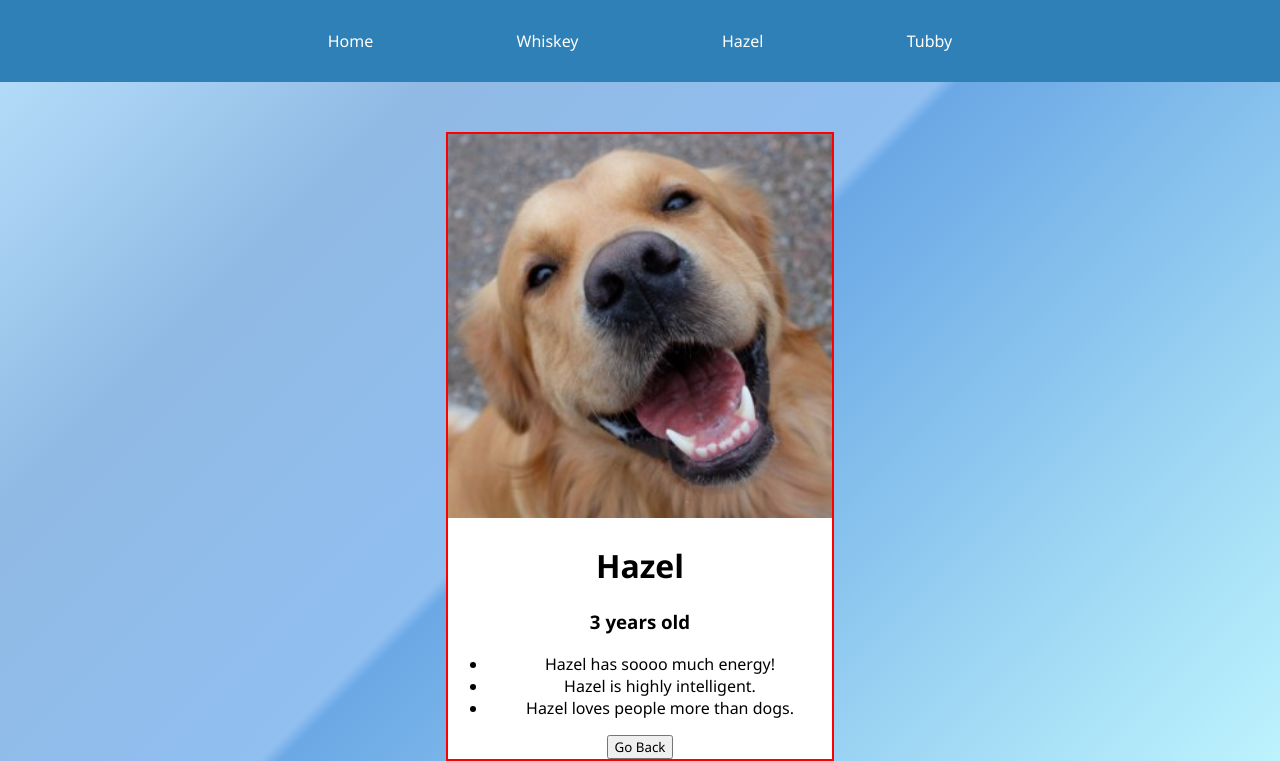
Repository: johnmutina/dog-finder
Page: /dogs/Hazel
These files come from the project's save history. The page is drawn as it stood at one moment and after the next save; the edit follows.
The browser window is 1280 px wide. The pictures show the whole page.
The project was rebuilt for these pictures with package versions that can differ from the ones it lists, and the page was loaded fresh each time. Also part of the build but not shown: src/DogFinder.css, src/DogFinder.js.

Above is the page before, as saved 2019-07-28 15:33:05.

After the next save:
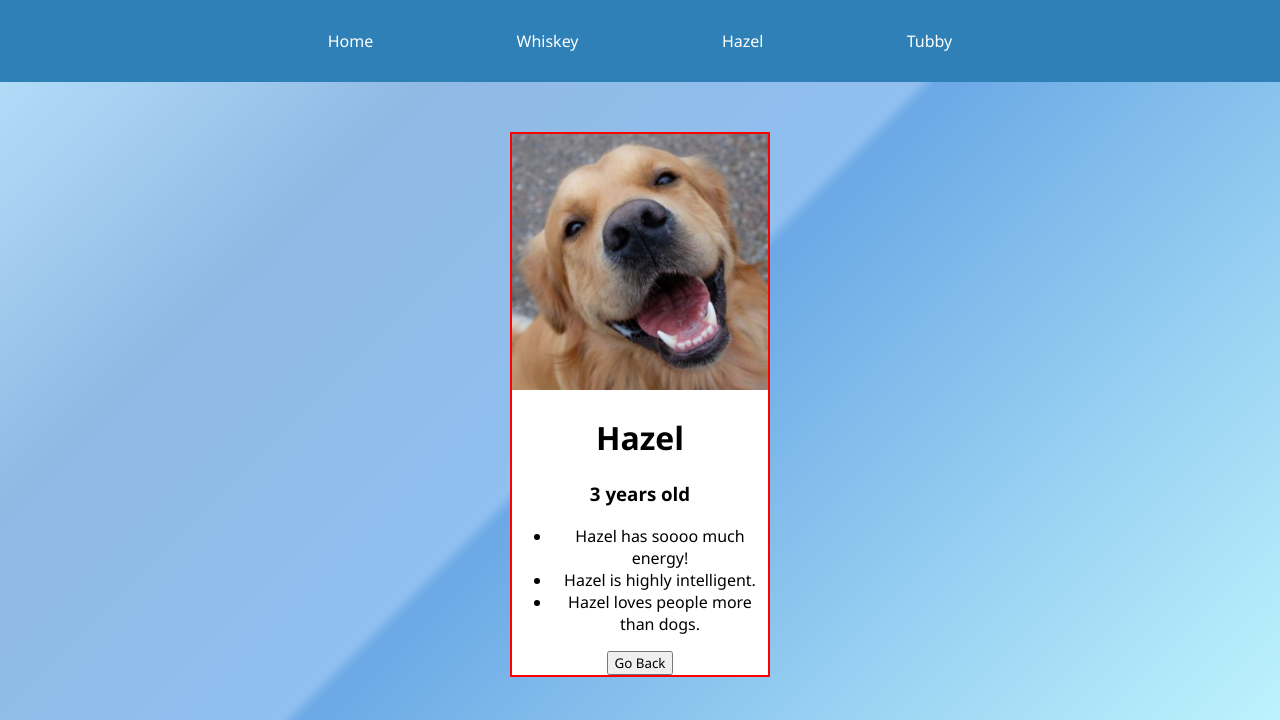
Saved 7 s later.
--- a/src/Dog.css
+++ b/src/Dog.css
@@ -1,7 +1,7 @@
 .Dog {
   border: 2px solid red;
   width: 40%;
-  max-width: 30%;
+  max-width: 20%;
   margin: 50px auto 0 auto;
   background: white;
 }

After the save that followed:
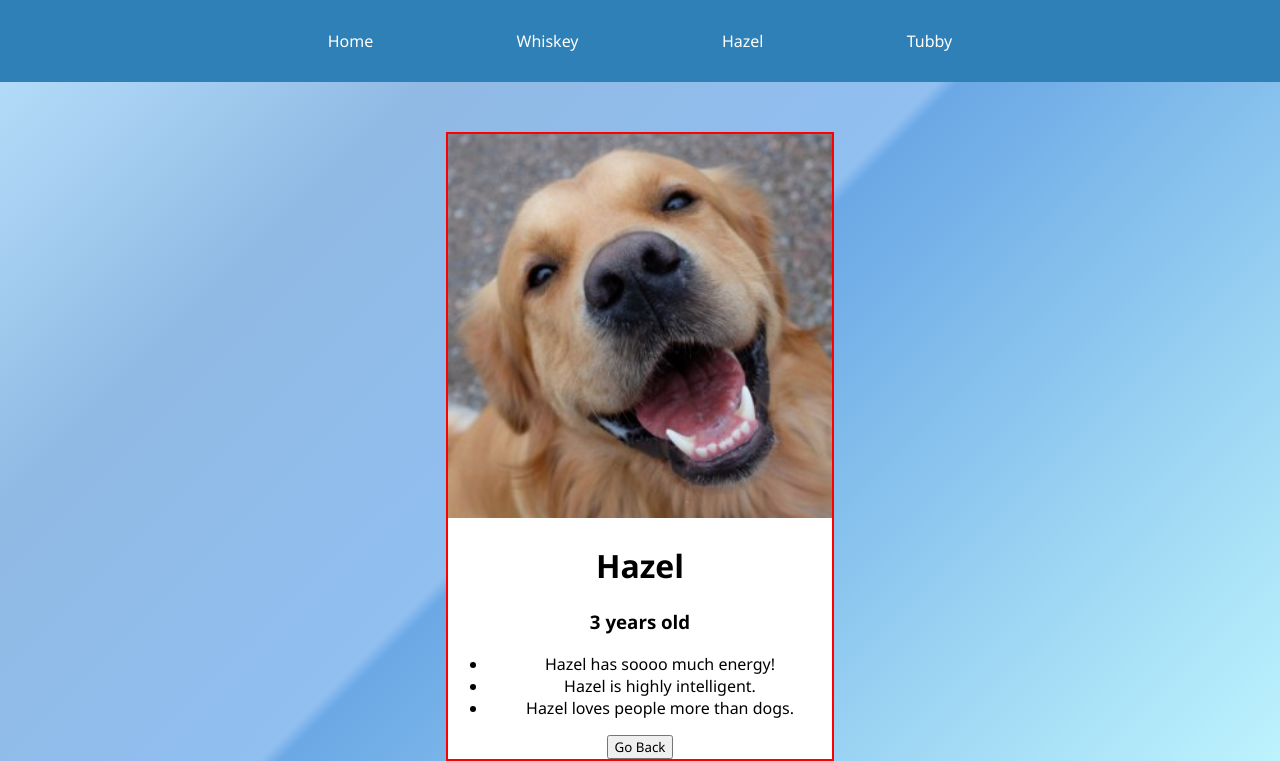
Saved 5 s later.
--- a/src/Dog.css
+++ b/src/Dog.css
@@ -1,7 +1,7 @@
 .Dog {
   border: 2px solid red;
   width: 40%;
-  max-width: 20%;
+  max-width: 30%;
   margin: 50px auto 0 auto;
   background: white;
 }
